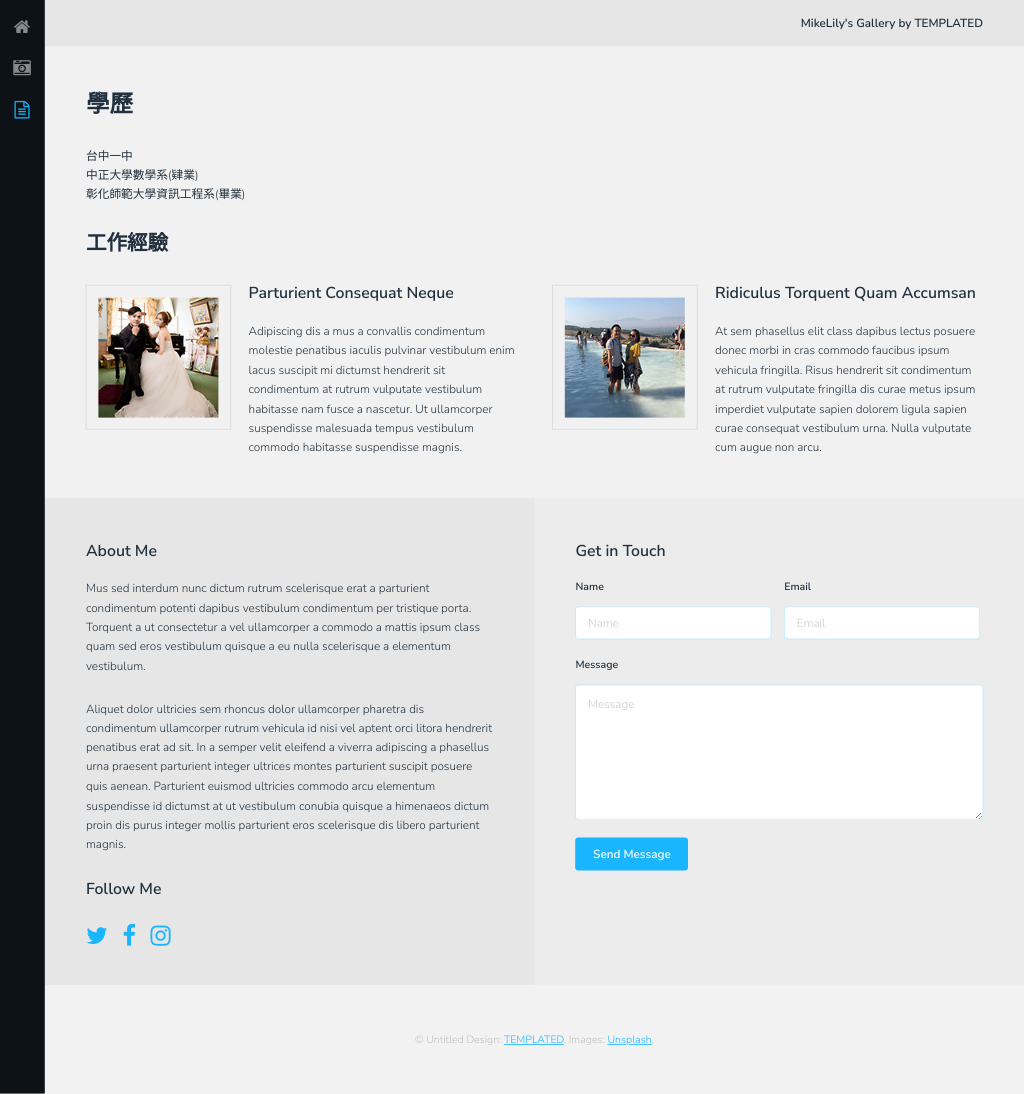
Repository: mikelily/lab
Page: Template HW/generic.html
The author's editor kept a record of every edit. The page is drawn from the files as they stood at one moment, then again after the next edit.
The browser window is 1280 px wide. The pictures show the whole page, at 80% of full size.

Above is the page before.

After the next edit:
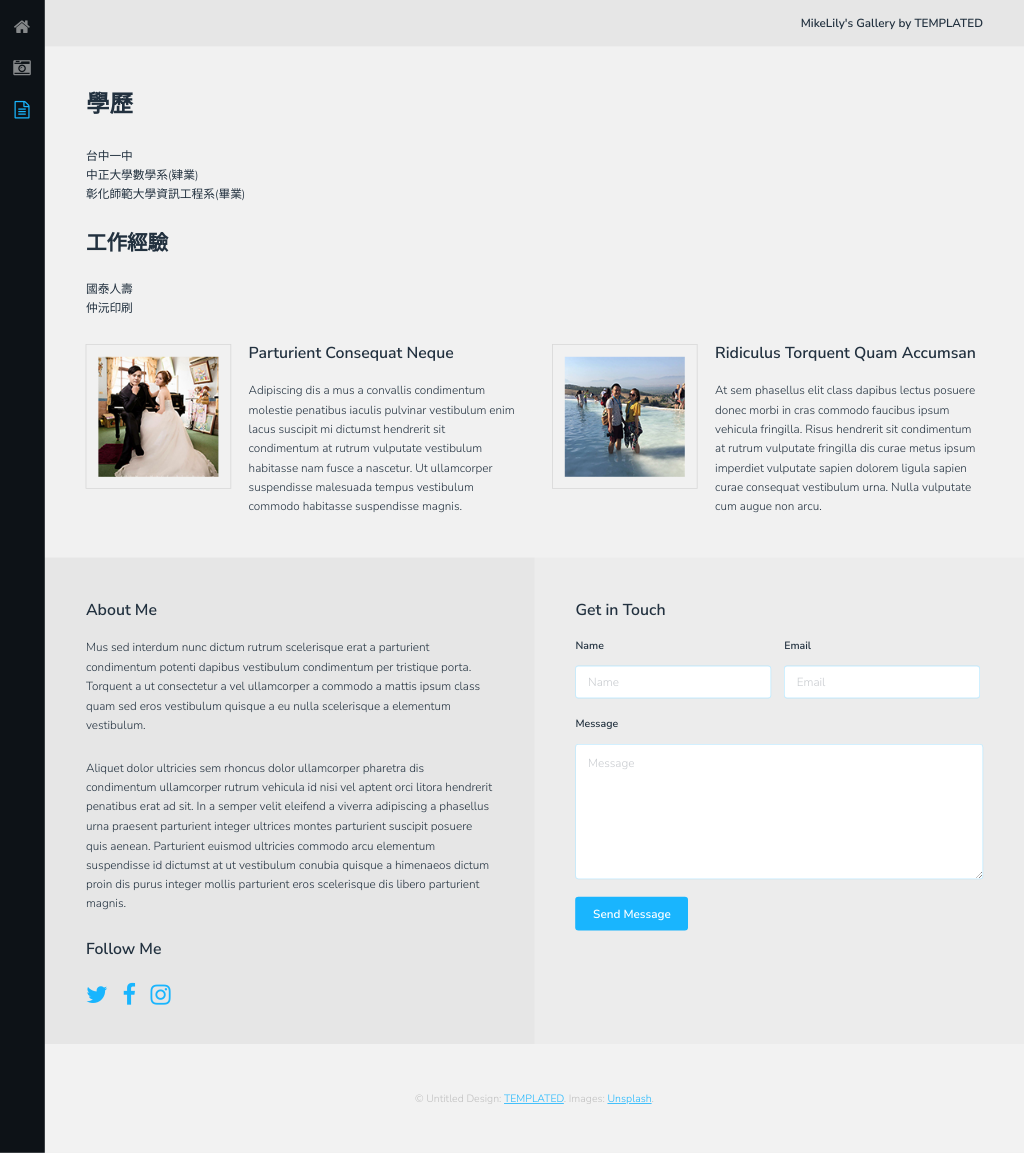
The edit:
--- a/Template HW/generic.html
+++ b/Template HW/generic.html
@@ -43,7 +43,7 @@
 
 								<h2>工作經驗</h2>
 								<p>
-
+									國泰人壽<br>仲沅印刷
 								</p>
 								<section class="columns double">
 									<div class="column">
